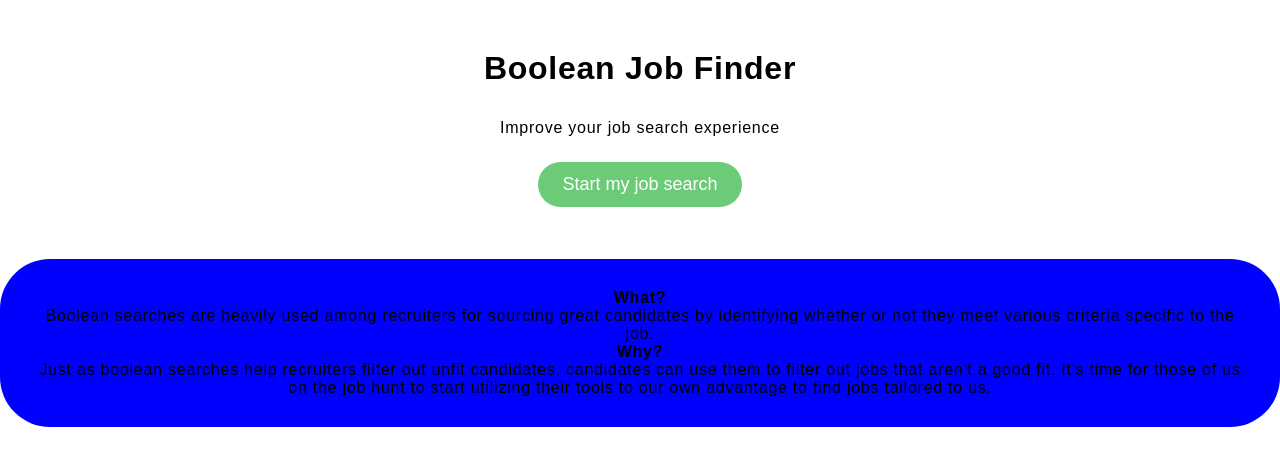
Repository: Rthompson2548/boolean-job-searcher
Page: /
These files come from the project's save history. The page is drawn as it stood at one moment and after a run of saves; the edit follows.
The browser window is 1280 px wide. The pictures show the whole page.
The project was rebuilt for these pictures with package versions that can differ from the ones it lists, and the page was loaded fresh each time.

Above is the page before, as saved 2022-04-05 14:26:29.

After the next 4 saves:
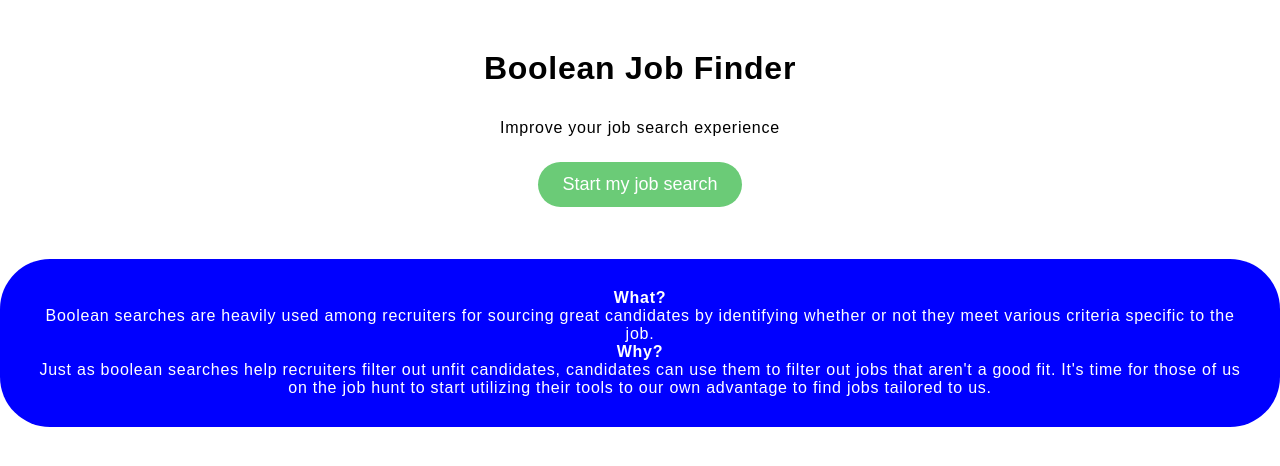
The 4 saves are shown as one change because they came seconds apart.
The last was saved 11 s later.
--- a/src/styles.css
+++ b/src/styles.css
@@ -2,7 +2,7 @@
   margin: 0;
   padding: 0;
   /* background-color: #fff; */
-  color: #000;
+  /* color: #000; */
   /* padding: 18px 0; */
 }
 
@@ -56,11 +56,7 @@ h3 {
   text-align: left !important;
 }
 
-.what-why h4 {
-  color: #fff;
-  /* margin: 20px 0 10px 0; */
-  /* background-color: blue; */
-}
+
 
 
 .start-btn {
